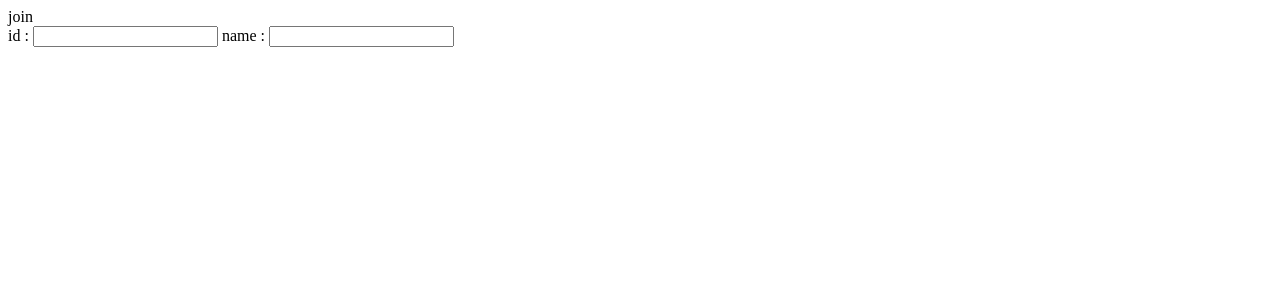
Repository: hanskim431/STS_Study
Page: http://localhost/sp4-chap09/user/join
The author's editor kept a copy of each file at every save. The page is drawn from the files as they stood at one save, then again after the next save.
The browser window is 1280 px wide. The pictures show the whole page.
The page is served by Tomcat 9. Other server files are loaded and not shown.

Above is the page before, as saved 2023-06-01 00:32:42.

### sp4-chap09/src/main/webapp/WEB-INF/view/member/join.jsp
<%@ page language="java" contentType="text/html; charset=EUC-KR"
    pageEncoding="EUC-KR"%>
<!DOCTYPE html>
<html>
<head>
<meta charset="EUC-KR">
<title>join</title>
</head>
<body>
join

<form action="" method="post">
	id : <input type="text" name="id">
	name : <input type="text" name="name">
</form>

</body>
</html>

After the next save:
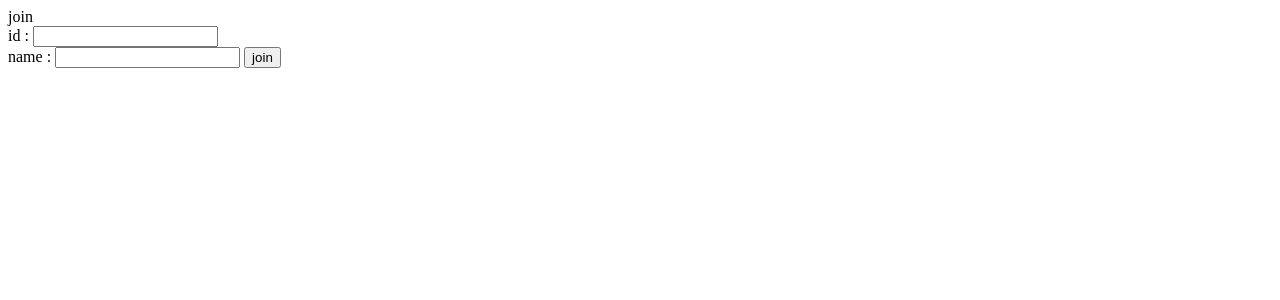
Saved 22 s later.
--- a/sp4-chap09/src/main/webapp/WEB-INF/view/member/join.jsp
+++ b/sp4-chap09/src/main/webapp/WEB-INF/view/member/join.jsp
@@ -10,8 +10,9 @@
 join
 
 <form action="" method="post">
-	id : <input type="text" name="id">
+	id : <input type="text" name="id"><br>
 	name : <input type="text" name="name">
+	<button>join</button>
 </form>
 
 </body>
